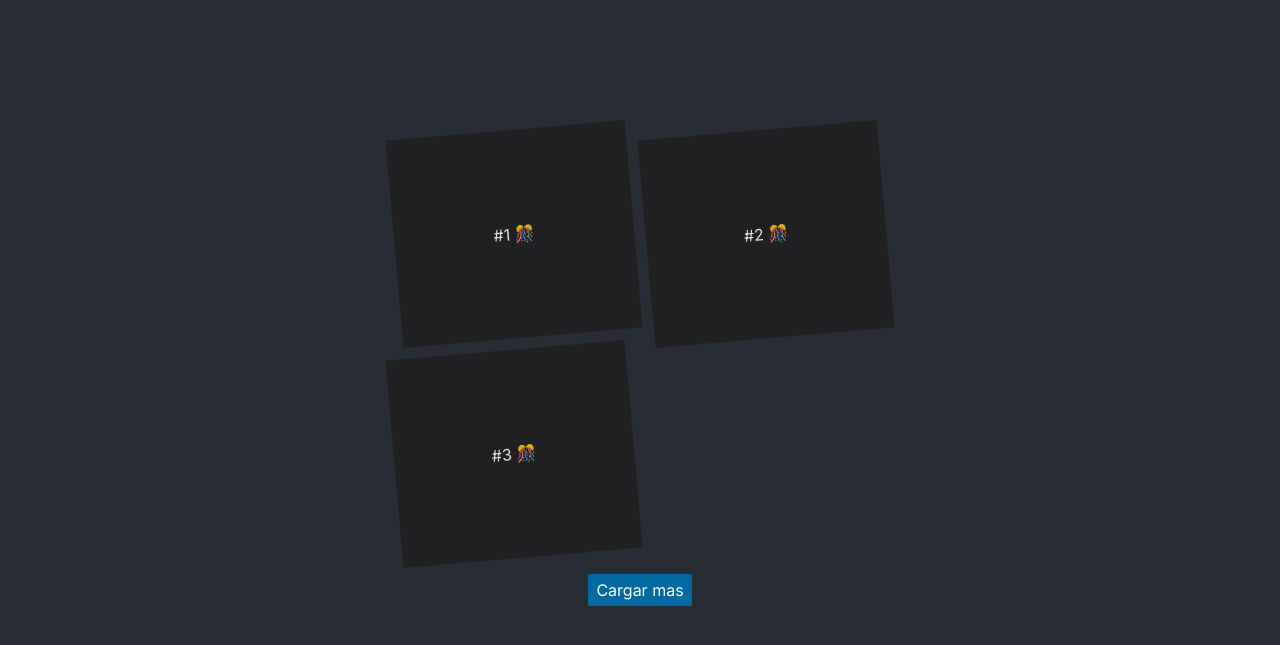
Repository: devsecops-node/simple-play
Page: /recomendations
These files come from the project's save history. The page is drawn as it stood at one moment and after the next save; the edit follows.
The browser window is 1280 px wide. The pictures show the whole page.
The project was rebuilt for these pictures with package versions that can differ from the ones it lists, and the page was loaded fresh each time. The framework's server and built-in components were replaced by stand-ins that run in the browser. Also part of the build but not shown: next.config.mjs.

Above is the page before, as saved 2024-06-21 19:02:27.

After the next save:
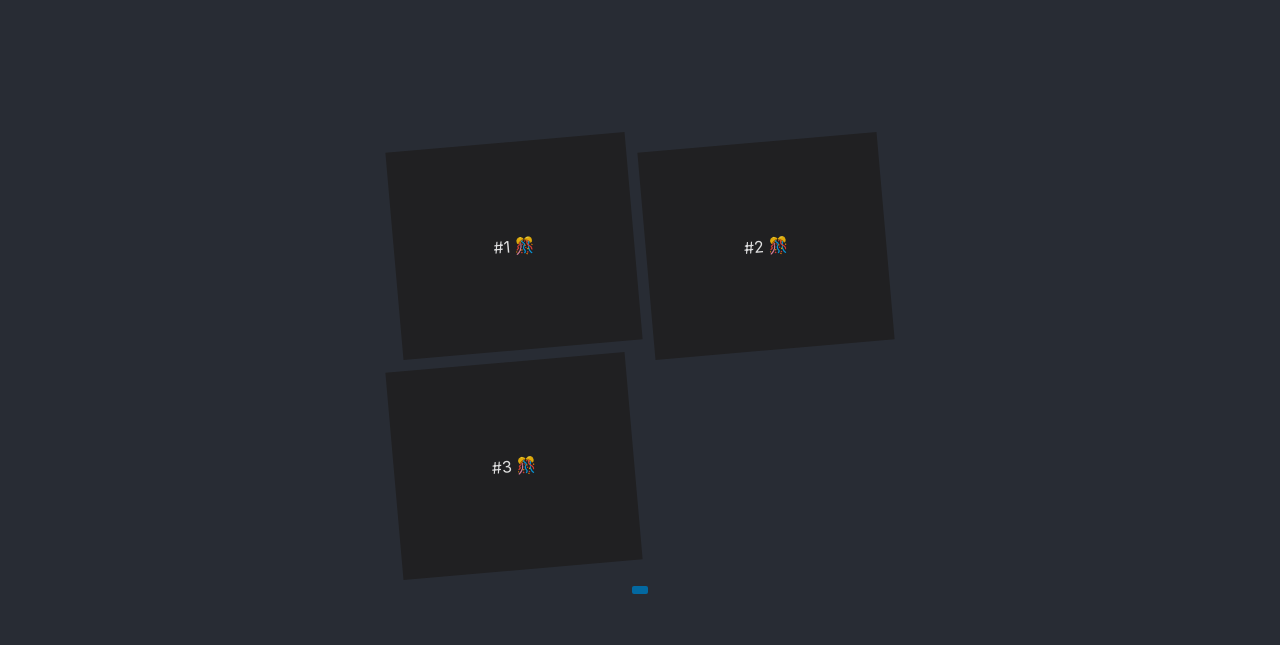
Saved 11 s later.
--- a/src/app/recomendations/page.tsx
+++ b/src/app/recomendations/page.tsx
@@ -40,7 +40,11 @@
         </div>
 
       </div>
-      <button onMouseEnter={() => moving()} className={`inline-block px-2 py-1 bg-sky-700 rounded-sm ${styles.animation_button}`} >Cargar mas</button>
+      <button
+        ref={buttonRef}
+        onMouseEnter={moving}
+        className={`inline-block px-2 py-1 bg-sky-700 rounded-sm ${styles.animation_button}`}
+      ></button>
     </Container>
   )
 }

After the 4 saves that followed:
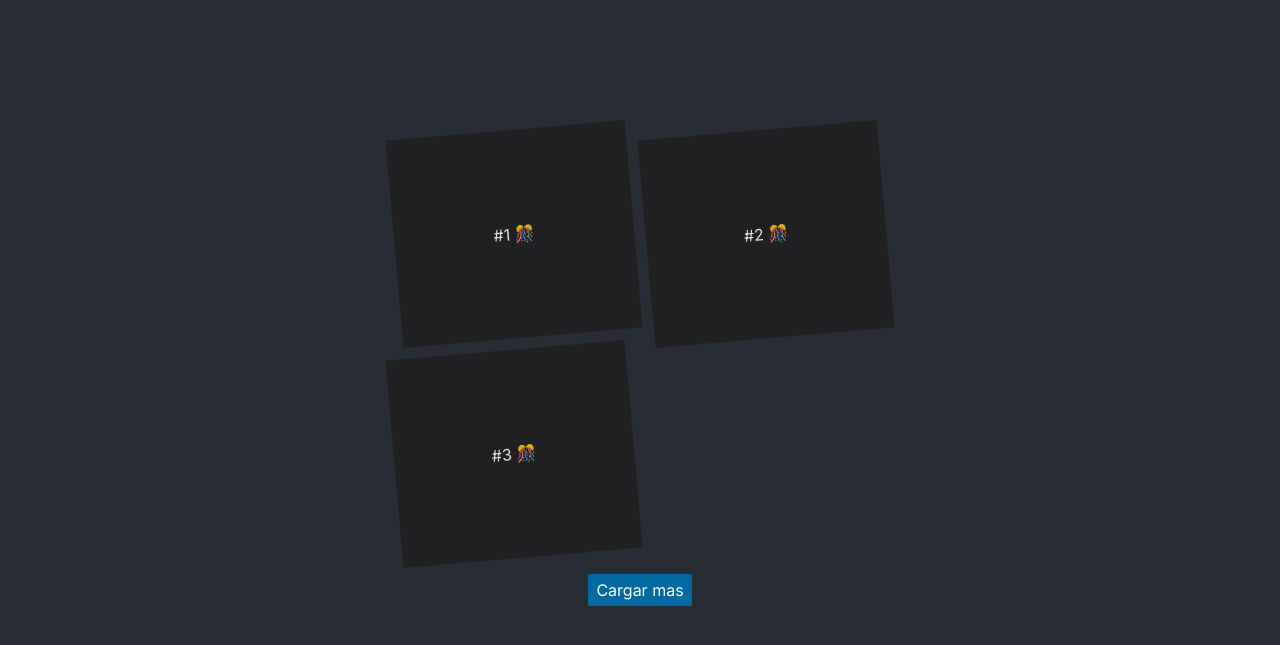
The 4 saves are shown as one change because 3 left the picture as it was.
The last was saved 92 s later.
--- a/src/app/recomendations/page.tsx
+++ b/src/app/recomendations/page.tsx
@@ -12,9 +12,12 @@
 
 const page = () => {
   const buttonRef = useRef(null)
+  const containerRef = useRef(null)
   const moving = () => {
     const button = buttonRef.current
-    const container = button.parentElement
+    const container = containerRef.current
+
+    if (!button || !container) return
 
     // Obtiene el ancho del contenedor y del botón
     const containerWidth = container.offsetWidth
@@ -32,7 +35,7 @@
     { id: 3, recomenda: 'Ya deja de preocuparte, recuerda que' }]
   return (
     <Container>
-      <div className={styles.container}>
+      <div className={styles.container} ref={containerRef}>
         <div className={styles.cards}>
           {recom.map((dat) => (
             <Card key={dat.id} recomenda={dat} />
@@ -44,7 +47,7 @@
         ref={buttonRef}
         onMouseEnter={moving}
         className={`inline-block px-2 py-1 bg-sky-700 rounded-sm ${styles.animation_button}`}
-      ></button>
+      >Cargar mas</button>
     </Container>
   )
 }
